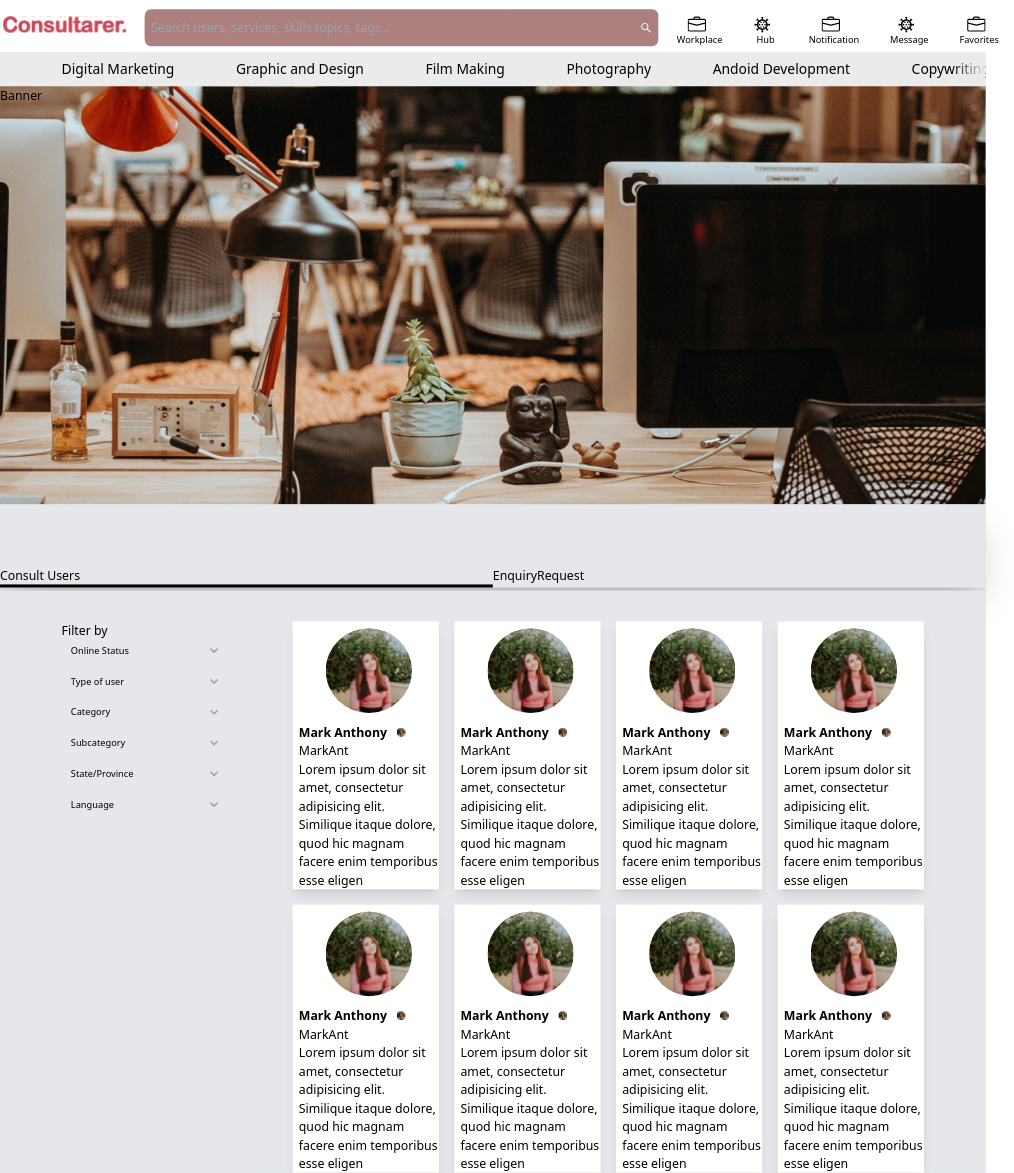
Repository: hisreal123/Consultarer
Page: /
These files come from the project's save history. The page is drawn as it stood at one moment and after a run of saves; the edit follows.
The browser window is 1280 px wide. The page is 1317 px wide, so the pictures cover 1317 px, including what lies to the right of the window. The pictures show the whole page, at 77% of full size.
The project was rebuilt for these pictures with package versions that can differ from the ones it lists, and the page was loaded fresh each time. The framework's server and built-in components were replaced by stand-ins that run in the browser. Also part of the build but not shown: next.config.js, webpack.config.js, components/Filter/Sortby.js.

Above is the page before, as saved 2022-04-26 00:25:00.

### pages/_app.js
import Layout from "../components/Layout";
import "../styles/globals.css";



function MyApp({ Component, pageProps }) {
  return (
    <Layout>
      <Component {...pageProps} />
    </Layout>
  );
}

export default MyApp;

### pages/index.js
import Head from "next/head";
import Image from "next/image";
import CatList from "../components/Category/CatList";
import { CatLinkData } from "../utils/CatLinkdata";
import { Banner } from "../components/Banner/Banner";
import { ContentTab } from "../components/CardContent/ContentTab";

export default function Home({ data }) {
  return (
    <div className=" ">
      <Head>
        <title>Cosultarer.</title>
        <meta name="description" content="Generated by create next app" />
        <link rel="icon" href="/favicon.ico" />
      </Head>

      <main className="bg-gray-200">
        <CatList allCatLinkData={data} />
        <Banner />
        <ContentTab />
      </main>
    </div>
  );
}

export async function getStaticProps() {
  return {
    props: {
      data: CatLinkData,
    },
    revalidate: 4 * 60 * 60,
  };
}

### components/Layout.js
import React from "react";
import { TopNav } from "./TopNav/TopNav";

const Layout = ({ children , toggle}) => {
  return (
    <div className="relative">
      <TopNav toggle={toggle}/>
      {children}
    </div>
  );
};

export default Layout;

### components/Category/CatList.js
import React from "react";
import ListLink from "./ListLink";
const CatList = ({ allCatLinkData }) => {
  return (
    <div className="relative  overflow-hidden ">
      <div className="relative">
        <ListLink data={allCatLinkData} />
      </div>
    </div>
  );
};

export default CatList;

### utils/CatLinkdata.js
// Json Array for CarTegory Section
export const CatLinkData = [
  {
    id: 1,
    Category: " Digital Marketing",
  },
  {
    id: 2,
    Category: " Graphic and Design",
  },
  {
    id: 3,
    Category: " Film Making",
  },
  {
    id: 4,
    Category: " Photography ",
  },
  {
    id: 5,
    Category: " Andoid Development ",
  },
  {
    id: 6,
    Category: " Copywriting ",
  },

  {
    id: 7,
    Category: " Photography ",
  },
  {
    id: 8,
    Category: " Andoid Development ",
  },
  {
    id: 9,
    Category: " Copywriting ",
  },
  {
    id: 10,
    Category: " Digital Marketing",
  },
  {
    id: 11,
    Category: " Graphic and Design",
  },
  {
    id: 12,
    Category: " Film Making",
  },
  {
    id: 13,
    Category: " Photography ",
  },
  {
    id: 14,
    Category: " Andoid Development ",
  },
  {
    id: 15,
    Category: " Copywriting ",
  },

  {
    id: 16,
    Category: " Photography ",
  },
  {
    id: 17,
    Category: " Andoid Development ",
  },
  {
    id: 18,
    Category: " Copywriting ",
  },
]; // End of CatLinks

// for Link Data

### components/Banner/Banner.js
import React from "react";

export const Banner = () => {
  return (
    <div className=" h-[543px]  bg-gray-200 bg-hero bg-origin-content bg-right md:bg-center bg-cover bg-no-repeat  ">
      Banner
    </div>
  );
};

### components/CardContent/ContentTab.js
import { React, Fragment, useState } from "react";
import { EnquiryRequest } from "./EnquiryRequest";
import { ConsultUsers } from "./ConsultUsers";

export const ContentTab = () => {
  const [index, setIndex] = useState(0);
  return (
    <div className="Tabs">
      <div className="tabList  grid grid-cols-2 pt-20 bg-gray-200 mb-1 shadow-2xl z-30">
        <div
          className={`tabHead   ${
            index === 0 ? " border-b-4 border-b-black   " : null
          }`}
          onClick={() => {
            setIndex(0);
          }}
        >
          <h1 className="">Consult Users</h1>
        </div>
        <div
          className={`tabHead ${
            index === 1 ? "  border-b-4 border-b-black " : null
          }`}
          onClick={() => {
            setIndex(1);
          }}
        >
          <h1>EnquiryRequest</h1>
        </div>
      </div>
      <div className="contentl ">
        <div className="tabContent" hidden={index != 0}>
          <ConsultUsers />
        </div>
        <div className="tabContent" hidden={index != 1}>
          <EnquiryRequest />
        </div>
      </div>
    </div>
  );
};

### components/TopNav/TopNav.js
import Link from "next/link";
import { React, useState } from "react";
import Search from "./Search";
import { TopNavMobile } from "../Mobile/TopNavMobile";
import { Aside } from "../Mobile/Aside";
import { AccountLinks } from "../AccountLinks";

// All design are been adjusted to mobile first
export const TopNav = () => {
  return (
    <div className=" shadow-sm ">
      {/* tablet and extended*/}
      <div className=" relative lg:flex item-center ">
        <TopNavMobile />
        <div className="wrap hidden lg:flex  lg:bg-white lg:w-screen   lg:pt-3">
          <Search
            widthStyle="  ml-4 rounded-full hidden md:block lg:mr-1 lg:flex lg:pr-2  lg:bg-[#ad8080] lg:text-white "
            inputStyle="lg:w-[643px] lg:py-2  lg:bg-[#ad8080] lg:pl-2 lg:rounded-lg lg:outline-none lg:text-white"
          />
          <div className="acct w-full relative">
            <AccountLinks />
          </div>
        </div>
      </div>
    </div>
  );
};

### components/Category/ListLink.js
import Link from "next/link";
import React from "react";
import { useRouter } from "next/router";

const ListLink = ({ data }) => {
  const router = useRouter();
  return (
    <div className="relative bg-[#EBEBEB]">
      <ul className="  relative flex whitespace-nowrap px-10 sm:px-20 space-x-10 sm:space-x-20 overflow-x-scroll scrollbar-hide py-2 md:text-lg lg:w-screen">
        {data.map((list) => (
          <li
            key={list.id}
            // onClick={() => router.push(`/${list.Category}`)}
            className="hover:scale-105 transition duration-100  cursor-pointer active:text-red-500"
          >
            {list.Category}
          </li>
        ))}
      </ul>

      <div className="absolute top-0 right-0 bg-gradient-to-l from-[#EBEBEB] h-10 w-11"></div>
    </div>
  );
};

export default ListLink;

### components/CardContent/EnquiryRequest.js
import { FilterList } from "../Filter/FilterList";
export const EnquiryRequest = () => {
  return (
    <div className="grid grid-cols-2 relative w-full bg-green-300">
    <FilterList />
    </div>
  );
};

### components/CardContent/ConsultUsers.js
import React from "react";
import { FilterList } from "../Filter/FilterList";
import { UserCard } from "./UserCard";
export const ConsultUsers = () => {
  return (
    <div className="grid grid-cols-4 pt-10 px-20 z-10 gap-20 relative w-full bg-gray-200">
      <FilterList />
      <div className="useCard col-span-3">
        <UserCard userStyle="" />
      </div>
    </div>
  );
};

### components/TopNav/Search.js
import React from "react";
import { AiOutlineSearch } from "react-icons/ai";

const Search = ({ widthStyle, mobileStyle, inputStyle , lgStyle}) => {
  return (
    <div
      className={`transition hover:shadow-md  flex items-center  relative  bg-white  justify-between pr-3 lg:mb-2 lg:rounded-lg group  ${widthStyle} ${mobileStyle} ${lgStyle}`}
    >
      <input
        type="text"
        name="search"
        id="search"
        placeholder="Search users, services, skills topics, tags... "
        className={inputStyle}
      />
      <AiOutlineSearch className="transition hover:scale-105 cursor-pointer  " />
    </div>
  );
};

export default Search;

### components/Mobile/TopNavMobile.js
import { React, useState } from "react";
import { Aside } from "../Mobile/Aside";
import { Logo } from "../Logo";
import { Profile } from "../Profile";
import Search from "../TopNav/Search";
import { MdMenu } from "react-icons/md";

export const TopNavMobile = () => {
  const [openSideBar, setOpenSideBar] = useState(false);
  return (
    <div className="mobile relative pl-1 px-2 pb-1">
      {/* mobile*/}
      {/* Adding pr-2 to make space for te search component*/}
      <div className=" relative flex justify-between items-center bg-white w-full lg:h-full">
        <div className=" relative flex items-center">
          <MdMenu
            className="text-3xl text-gray-600 mr-1 lg:hidden"
            onClick={() => setOpenSideBar(!openSideBar)}
          />
          <Logo />
        </div>
        <Profile /> {/* profile available only for mobile xs & sm screen size*/}
      </div>
      {/* Search avialable only for mobile xs & sm screen size*/}
      <Search
        widthStyle="w-full pl-2  lg:hidden"
        mobileStyle="mb-3 outline-none rounded-full border border-1 "
        inputStyle=" text-xs py-2 px-2 w-full md:text-md"
      />

      <Aside
        sidebarInfo={{ openSideBar, setOpenSideBar }}
        toggleStyle={`
      ${!openSideBar ? "-translate-x-full" : ""}
    `}
      />
    </div>
  );
};

### components/Mobile/Aside.js
import Link from "next/link";
import { React, useState } from "react";
import { GrFormClose } from "react-icons/gr";
import { AccountLinks } from "../AccountLinks";
import Divider from "../divider";
import { FilterList } from "../Filter/FilterList";
import { Logo } from "../Logo";
// Repeated Style for more than one Element
const GenDesc = "text-xs text-red-500  pl-2 py-1";

export const Aside = ({
  toggleStyle,
  sidebarInfo: { openSideBar, setOpenSideBar },
}) => {
  return (
    <div
      className={` bg-white  absolute top-0  left-0  shadow-lg overflow-hidden w-3/4  transition pb-20 z-50  md:w-50 lg:hidden
      ${openSideBar ? " " : "-translate-x-full"} ${toggleStyle}
      `}
    >
      <div className="top ">
        <div className="top flex  justify-between items-center py-2 px-2">
          <Logo />
          <GrFormClose
            className="text-3xl"
            onClick={() => setOpenSideBar(!openSideBar)}
          />
        </div>
        <Divider />
        <h4 className={GenDesc}> Account</h4>
        <AccountLinks />
        <Divider />
        <FilterList filStyle={GenDesc} />
      </div>
    </div>
  );
};

### components/AccountLinks.js
import React from "react";
import { BsBriefcase } from "react-icons/bs";
import { MdOutlineCoronavirus } from "react-icons/md";
import Divider from "./divider";

const AsideLink = [
  {
    id: 1,
    title: " Workplace",
    icon: <BsBriefcase />,
  },

  {
    id: 2,
    title: "Hub",
    icon: <MdOutlineCoronavirus />,
  },

  {
    id: 3,
    title: " Notification",
    icon: <BsBriefcase />,
  },

  {
    id: 4,
    title: "Message",
    icon: <MdOutlineCoronavirus />,
  },

  {
    id: 5,
    title: " Favorites",
    icon: <BsBriefcase />,
  },
];

export const AccountLinks = () => {
  return (
    <div className=" group md:flex md:items-center md:justify-between md:w-full relative   lg:justify-between lg:items-center">
      {AsideLink.map((item) => (
        <div
          key={item.id}
          className="flex items-center px-2 py-2 mb-1 hover:bg-red-200 last:mb-0 md:text-2xl lg:px-0 lg:pt-2 lg:flex-col lg:pl-5 lg:pr-5  lg:hover:bg-white group lg:mb-0 lg:hover:border-b lg:border-b-black transition duration-150 "
        >
          <span className="mr-2 sm:hover:text-red-400 lg:hover:text-black lg:hover:font-extrabold  transition duration-100 lg:hover:animate-bounce">
            {item.icon}
          </span>
          <h1 className="text-xs"> {item.title}</h1>
        </div>
      ))}
    </div>
  );
};

### components/Filter/FilterList.js
import Divider from "../divider";
import { FilterCheckBox } from "./FilterCheckBox";
import Sortby from "./Sortby";

export const FilterList = ({ filStyle }) => {
  return (
    <div className=" ">
      <h3 className={filStyle}> Filter by</h3>

      <div className="wrap px-2">
        <FilterCheckBox OptionTitle="Online Status" />
        <FilterCheckBox OptionTitle="Type of user" />
        <FilterCheckBox OptionTitle="Category" />
        <FilterCheckBox OptionTitle="Subcategory" />
        <FilterCheckBox OptionTitle="State/Province" />
        <FilterCheckBox OptionTitle="Language" />

        {/*<Sortby title="Sort By" subTitle="Price" />
              <Divider />
          <Sortby title=" Rating " /> */}
      </div>
    </div>
  );
};

### components/CardContent/UserCard.js
import React from "react";
import Image from "next/image";
const User = [
  {
    slug: "user1",
    ImageProfile: "/img/unsplash_x9cXI2eQLBw.svg",
    fullname: " Mark Anthony",
    username: "MarkAnt",
    verified: true,
    rank: true,
    rate: "4.5(25)",
    salary: "50",
    timePrice: "10mins",
  },

  {
    slug: "user2",
    ImageProfile: "/img/unsplash_x9cXI2eQLBw.svg",
    fullname: " Mark Anthony",
    username: "MarkAnt",
    verified: true,
    rank: true,
    rate: "4.5(25)",
    salary: "50",
    timePrice: "10mins",
  },

  {
    slug: "user3",
    ImageProfile: "/img/unsplash_x9cXI2eQLBw.svg",
    fullname: " Mark Anthony",
    username: "MarkAnt",
    verified: true,
    rank: true,
    rate: "4.5(25)",
    salary: "50",
    timePrice: "10mins",
  },

  {
    slug: "user4",
    ImageProfile: "/img/unsplash_x9cXI2eQLBw.svg",
    fullname: " Mark Anthony",
    username: "MarkAnt",
    verified: true,
    rank: true,
    rate: "4.5(25)",
    salary: "50",
    timePrice: "10mins",
  },
  {
    slug: "user5",
    ImageProfile: "/img/unsplash_x9cXI2eQLBw.svg",
    fullname: " Mark Anthony",
    username: "MarkAnt",
    verified: true,
    rank: true,
    rate: "4.5(25)",
    salary: "50",
    timePrice: "10mins",
  },

  {
    slug: "user6",
    ImageProfile: "/img/unsplash_x9cXI2eQLBw.svg",
    fullname: " Mark Anthony",
    username: "MarkAnt",
    verified: true,
    rank: true,
    rate: "4.5(25)",
    salary: "50",
    timePrice: "10mins",
  },

  {
    slug: "user7",
    ImageProfile: "/img/unsplash_x9cXI2eQLBw.svg",
    fullname: " Mark Anthony",
    username: "MarkAnt",
    verified: true,
    rank: true,
    rate: "4.5(25)",
    salary: "50",
    timePrice: "10mins",
  },

  {
    slug: "user8",
    ImageProfile: "/img/unsplash_x9cXI2eQLBw.svg",
    fullname: " Mark Anthony",
    username: "MarkAnt",
    verified: true,
    rank: true,
    rate: "4.5(25)",
    salary: "50",
    timePrice: "10mins",
  },
];

export const UserCard = ({ userStyle }) => {
  return (
    <div className={`cardWrapper relative `}>
      <div className="cardContent">
        <div className=" details relative  grid grid-cols-4 gap-5 ">
          {User.map((user, slug) => (
            <div
              className={` user relative flex flex-col bg-white pt-2 pl-2 shadow-lg ${userStyle}`}
              key={slug}
            >
              <div className="relative h-7 w-28 self-center  mb-24 ">
                <Image
                  src={user.ImageProfile}
                  height="100"
                  width="100"
                  layout="responsive"
                  alt="profile Image"
                />
              </div>
              <div className="infos relative">
                <h2 className=" font-semibold flex items-center">
                  {user.fullname}
                  {user.verified ? (
                    <div className="w-3 ml-3">
                      <Image
                        src="/img/unsplash_x9cXI2eQLBw.svg"
                        alt="verified"
                        layout="responsive"
                        height="100"
                        width="100"
                      />
                    </div>
                  ) : (
                    null(" false")
                  )}
                </h2>
                <h3 className=" font-medium "> {user.username} </h3>

                <p>
                  Lorem ipsum dolor sit amet, consectetur adipisicing elit.
                  Similique itaque dolore, quod hic magnam facere enim
                  temporibus esse eligen
                </p>
              </div>
            </div>
          ))}
        </div>
      </div>
    </div>
  );
};

### components/Logo.js
import Link from "next/link";
import React from "react";
import LogoPic from "../public/img/logo.svg";
export const Logo = () => {
  return (
    <div>
      <Link href="#">
        <a className="cursor-pointer">
          <LogoPic className="h-10 w-28 md:w-36 lg:h-30 lg:w-40 lg:pt-2 lg:pb-2" />
        </a>
      </Link>
    </div>
  );
};

### components/Profile.js
import React from "react";
import ProfilePic from "../public/img/unsplash_x9cXI2eQLBw.svg";

export const Profile = () => {
  return (
    <div className="group absolute right-0 pr-2 lg:hidden transition duration-150">
      <ProfilePic className="text-3xl group:hover:shadow-lg " />
      <span className="bg-green-600 h-2 w-2 absolute z-10 bottom-1 right-2  rounded-full "></span>
    </div>
  );
};

### components/divider.js
import React from "react";

function Divider() {
  return <div className="divider h-[0.08px] w-full bg-gray-300 "></div>;
}

export default Divider;

### components/Filter/FilterCheckBox.js
import { useState } from "react";
import { Listbox, Transition } from "@headlessui/react";
import { ChevronDownIcon } from "@heroicons/react/solid";

const people = [
  { id: 2, title: "Online Status" },
  { id: 3, title: "Option2" },
  { id: 4, title: "Option3" },
  { id: 5, title: "Option4" },
  { id: 5, title: "Option5" },
];

export const FilterCheckBox = ({ OptionTitle }) => {
  const [selectedPerson, setSelectedPerson] = useState(people[0]);
  return (
    <Listbox value={selectedPerson} onChange={setSelectedPerson}>
      <div className="wrap ">
        <Listbox.Button className="mb-3 p-1 text-xs flex items-center w-full  justify-between   ">
          <span className="">{OptionTitle || selectedPerson.title}</span>
          <ChevronDownIcon className="w-5 h-5 text-gray-400" />
        </Listbox.Button>

        <Listbox.Options className="px-1 bg-gray-200 relative">
          {people.map((person) => (
            /* Disabled options will be skipped by keyboard navigation. */
            <Listbox.Option
              key={person.id}
              value={person}
              className="text-xs py-1 md:text-lg "
            >
              {({ active, selected }) => (
                <li
                  className={` py-1 px-2 ${
                    active ? "bg-blue-500 text-white " : "text-black"
                  }`}
                >
                  {selected}
                  {person.title}
                </li>
              )}
            </Listbox.Option>
          ))}
        </Listbox.Options>
      </div>
    </Listbox>
  );
};

### tailwind.config.js
module.exports = {
  mode: "jit",
  content: [
    "./pages/**/*.{js,ts,jsx,tsx}",
    "./components/**/*.{js,ts,jsx,tsx}",
  ],
  theme: {
    extend: {
      backgroundImage: {
        hero: "url('/img/BannerImage.png')",
      },
    },
  },
  plugins: [require("tailwind-scrollbar-hide")],
};

Loaded but not shown: styles/globals.css (common file)

After the next 2 saves:
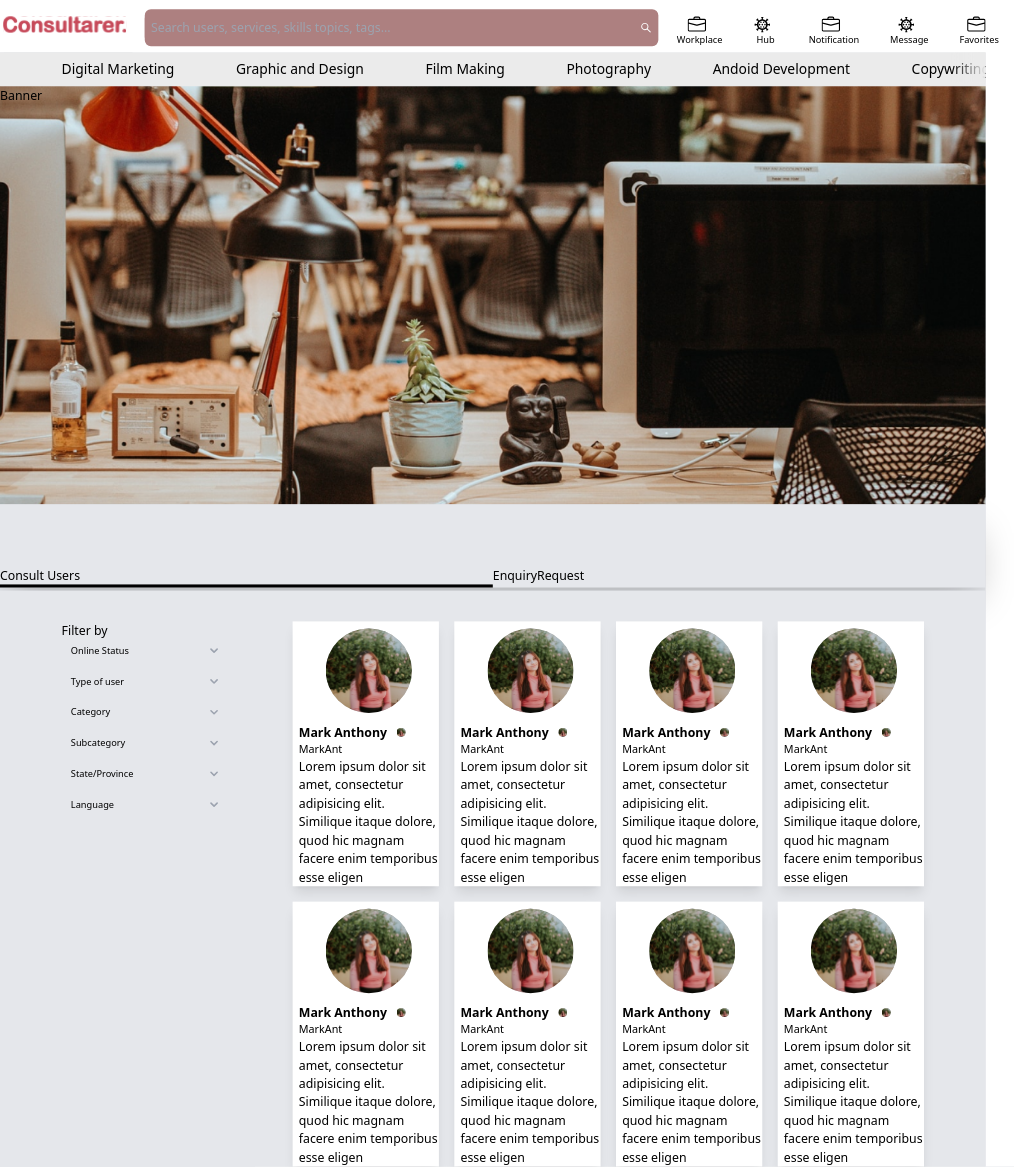
The 2 saves are shown as one change because they came seconds apart.
The last was saved 18 s later.
--- a/components/CardContent/UserCard.js
+++ b/components/CardContent/UserCard.js
@@ -133,7 +133,7 @@ export const UserCard = ({ userStyle }) => {
                     null(" false")
                   )}
                 </h2>
-                <h3 className=" font-medium "> {user.username} </h3>
+                <h3 className=" font-medium text-sm"> {user.username} </h3>
 
                 <p>
                   Lorem ipsum dolor sit amet, consectetur adipisicing elit.
